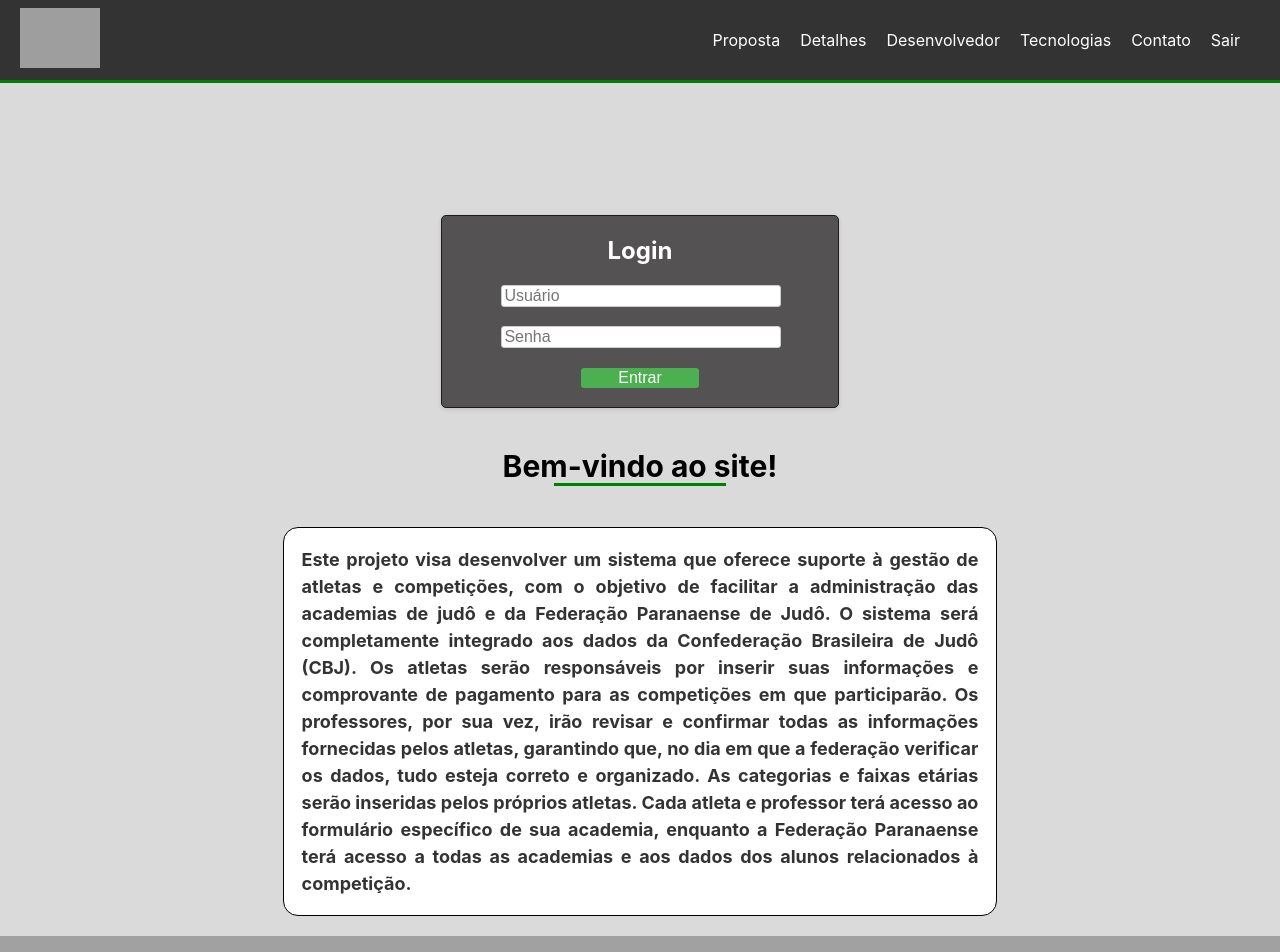
Repository: gustavo-eng/TheFightDay
Page: / (app in Client/frontend/)
These files come from the project's save history. The page is drawn as it stood at one moment and after the next save; the edit follows.
The browser window is 1280 px wide. The pictures show the part of the page from y = 0 to 952 px (the page is 1695 px tall before and 1650 px after).
Pictures or frames that could not be fetched are drawn as grey boxes. The project was rebuilt for these pictures with package versions that can differ from the ones it lists, and the page was loaded fresh each time. Also part of the build but not shown: Client/frontend/src/utils/PrivateRoute.js, Client/frontend/src/pages/home.css, Client/frontend/src/pages/Home.js.

Above is the page before, as saved 2023-06-03 23:55:11.

After the next save:
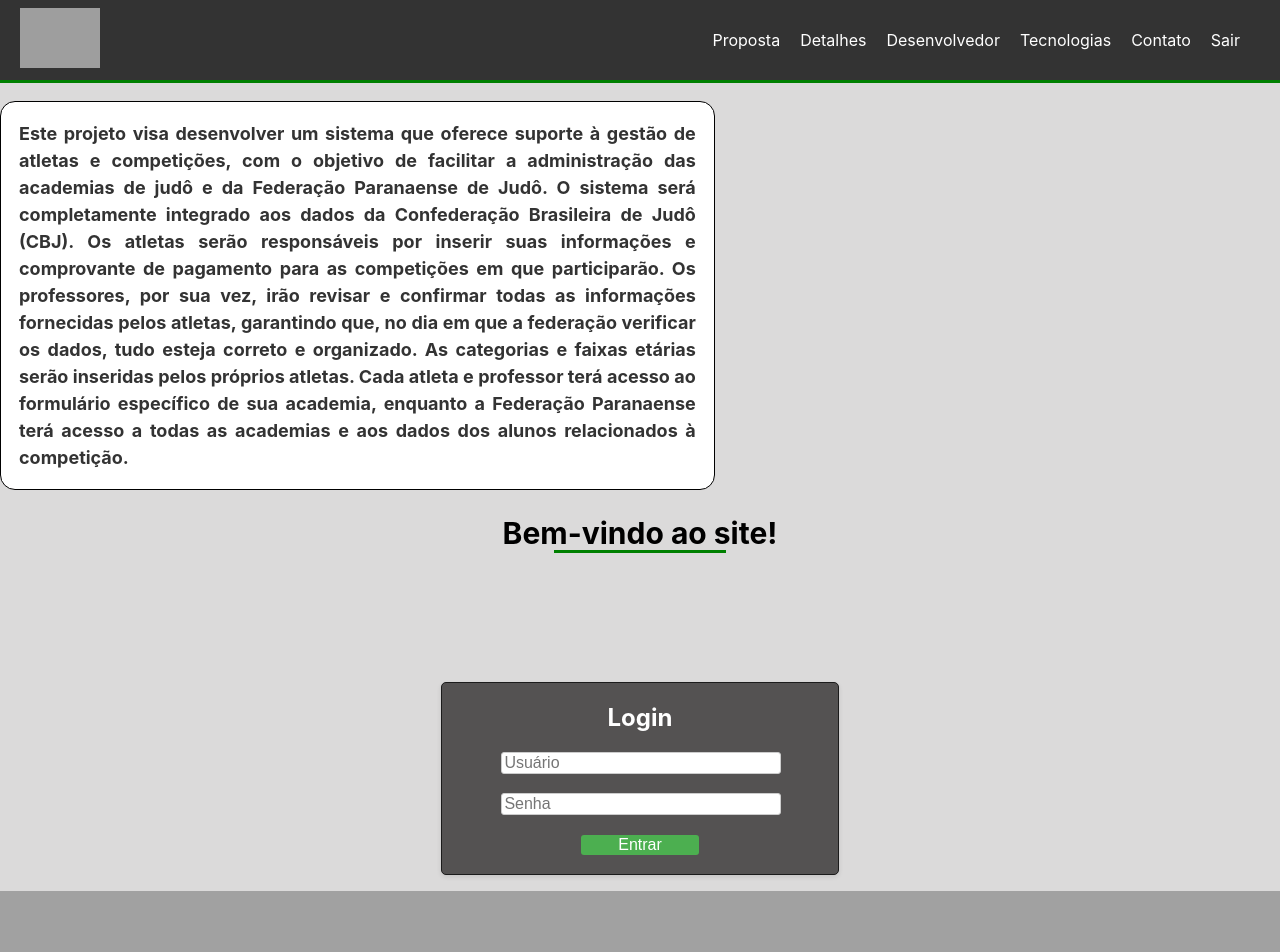
Saved 38 s later.
--- a/Client/frontend/src/Components/formLogin.css
+++ b/Client/frontend/src/Components/formLogin.css
@@ -84,8 +84,10 @@
     background-color: green;
   }
 
-  .container_proposta {
+  .container_proposta + body {
     /*   background-color: red; */
+      background-image: url('https://c4.wallpaperflare.com/wallpaper/246/188/1015/fight-skill-training-technique-wallpaper-preview.jpg');
+      background-size: contain;
       display: flex;
       flex: 1;
       flex-direction: column-reverse;

After the 4 saves that followed:
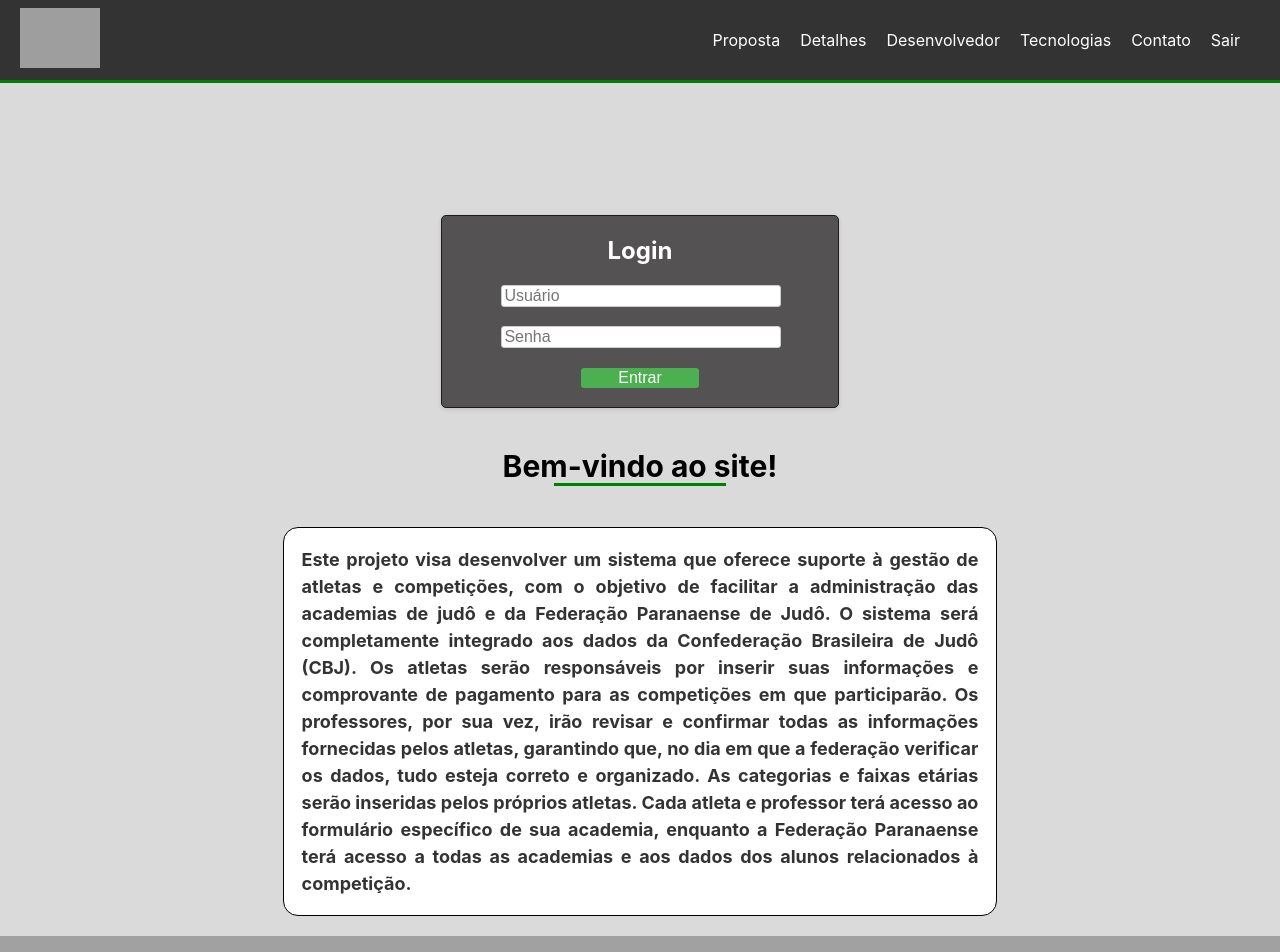
The 4 saves are shown as one change because 3 left the picture as it was.
The last was saved 64 s later.
--- a/Client/frontend/src/Components/formLogin.css
+++ b/Client/frontend/src/Components/formLogin.css
@@ -84,10 +84,9 @@
     background-color: green;
   }
 
-  .container_proposta + body {
+  .container_proposta  {
     /*   background-color: red; */
-      background-image: url('https://c4.wallpaperflare.com/wallpaper/246/188/1015/fight-skill-training-technique-wallpaper-preview.jpg');
-      background-size: contain;
+
       display: flex;
       flex: 1;
       flex-direction: column-reverse;
